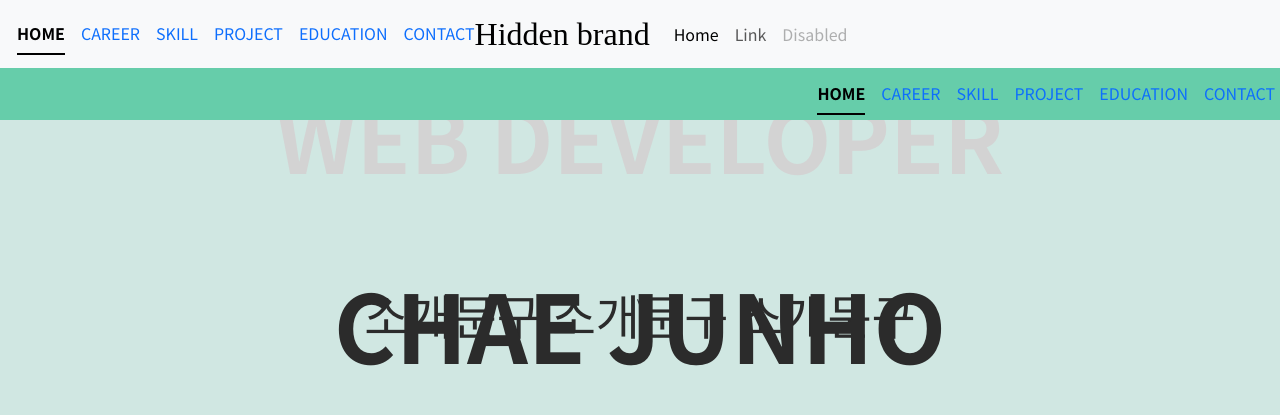
Repository: chaejunho689/bitcamp
Page: PersonalProject/src/main/webapp/index.html
The author's editor kept a copy of each file at every save. The page is drawn from the files as they stood at one save, then again after a run of saves.
The browser window is 1280 px wide. The pictures show the whole page.

Above is the page before, as saved 2024-08-29 09:00:47.

After the next 2 saves:
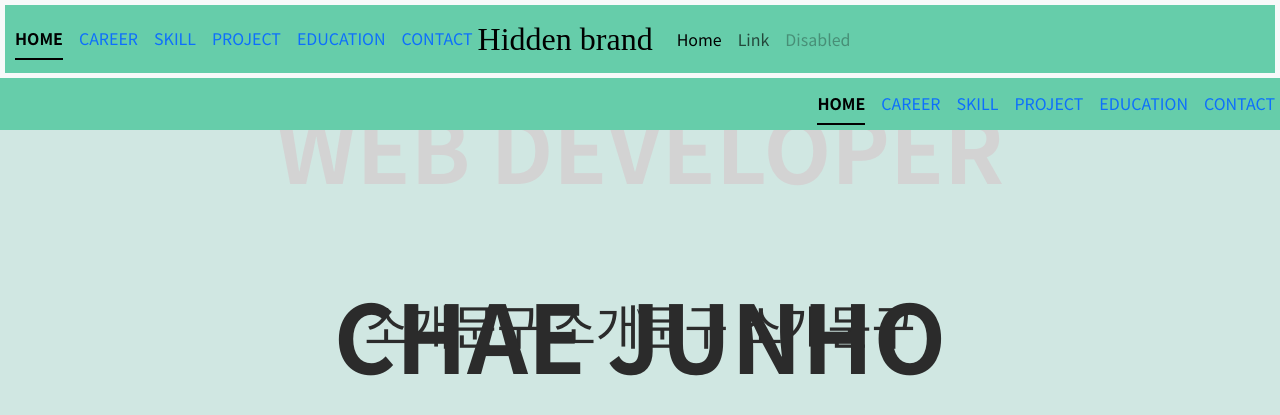
The 2 saves are shown as one change because they came seconds apart.
The last was saved 30 s later.
--- a/PersonalProject/src/main/webapp/index.html
+++ b/PersonalProject/src/main/webapp/index.html
@@ -14,8 +14,8 @@
 
 	<!-- gnb -->
 	<nav class="navbar navbar-expand-lg bg-body-tertiary" id="navbar_top">
-		<div class="container-fluid">
-		<ul class="nav nav-underline justify-content-end" >
+		<div class="container-fluid" id="navbar_top">
+		<ul class="nav nav-underline justify-content-end" id="navbar_top">
 			<li class="nav-item"><a class="nav-link active"
 				aria-current="page" href="./index.html">HOME</a></li>
 			<li class="nav-item"><a class="nav-link" href="#">CAREER</a></li>
